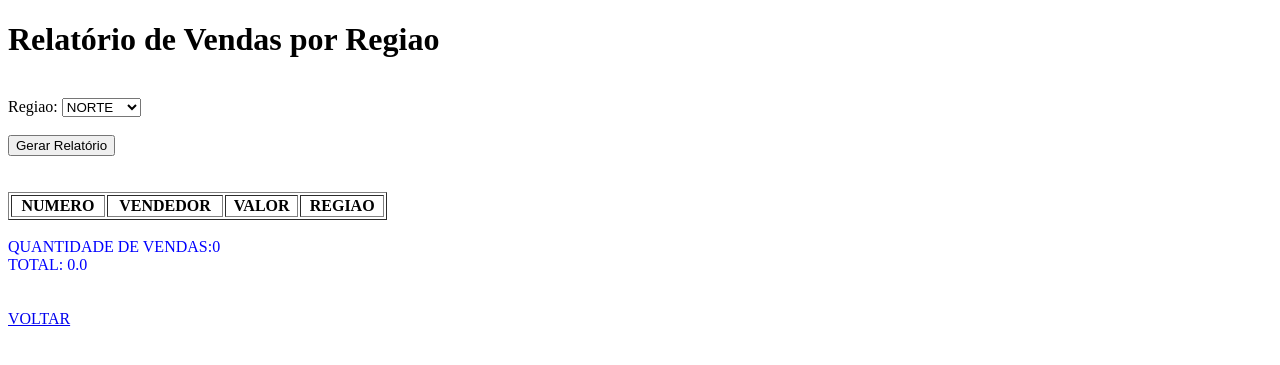
Repository: gabriellacrystina/workspaceWeb
Page: http://localhost/PrjVendas/RelatorioVendasRegiao.jsp
The author's editor kept a copy of each file at every save. The page is drawn from the files as they stood at one save, then again after the next save.
The browser window is 1280 px wide. The pictures show the whole page.
The page is served by Tomcat 9.

Above is the page before, as saved 2015-09-23 19:24:15.

After the next save:
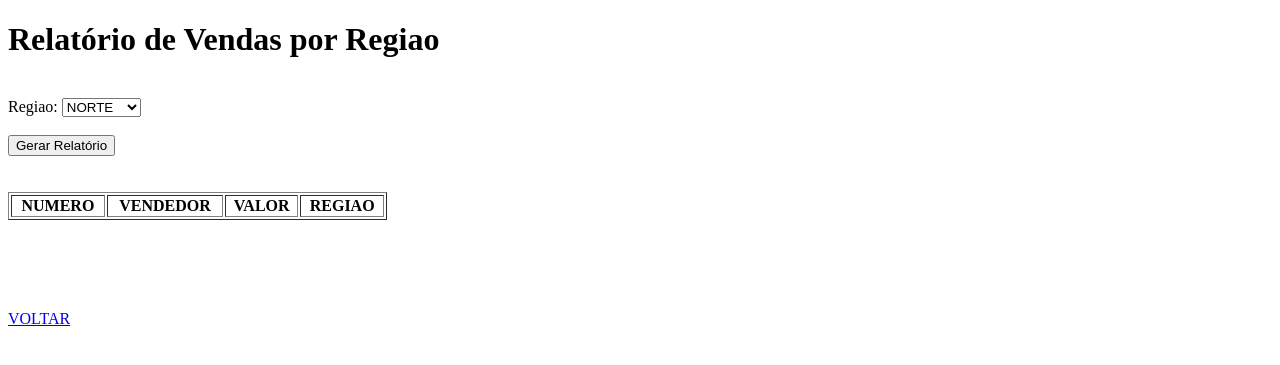
Saved 2 min 9 s later.
--- a/PrjVendas/WebContent/RelatorioVendasRegiao.jsp
+++ b/PrjVendas/WebContent/RelatorioVendasRegiao.jsp
@@ -59,7 +59,7 @@
 				}
 			%>
 		</table><br>
-		<div style="color:#0000FF">
+		<div style="color:#FFFFFF">
 			QUANTIDADE DE VENDAS:<%=qtde%><br>
 			TOTAL: <%=total%>
 		</div><br><br>
